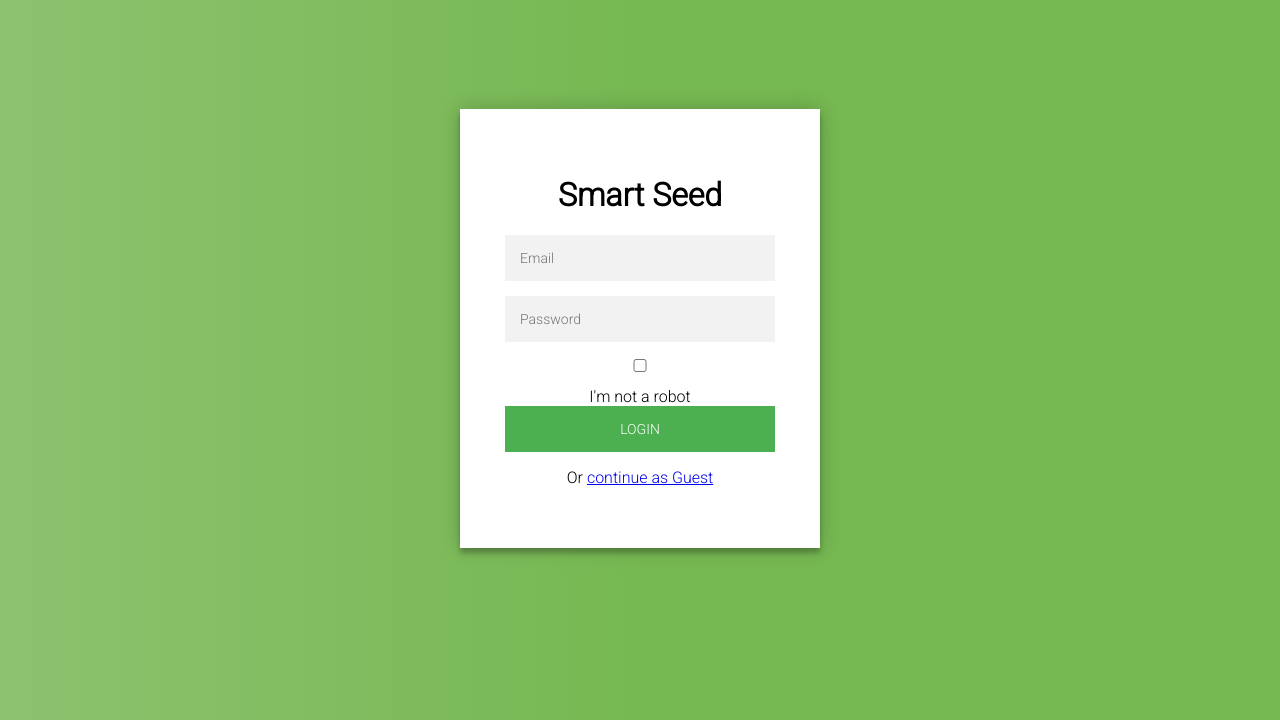
Repository: IFoundGeorge/Smart-Seed-v8-master
Page: src/login.html
These files come from the project's save history. The page is drawn as it stood at one moment and after the next save; the edit follows.
The browser window is 1280 px wide. The pictures show the whole page.

Above is the page before, as saved 2025-03-26 13:25:24.

After the next save:
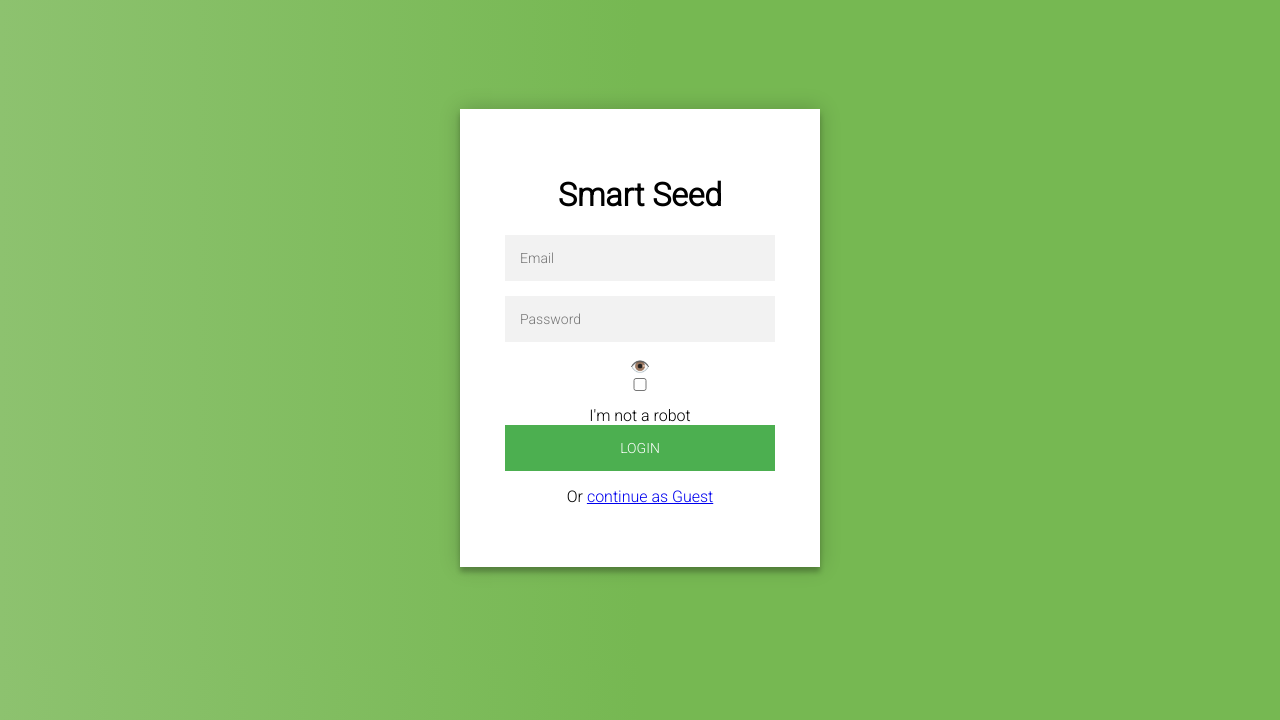
Saved 6 days later.
--- a/src/login.html
+++ b/src/login.html
@@ -13,12 +13,17 @@
         <h1 class="title">Smart Seed</h1>
         <form class="login-form" onsubmit="loginUser(event)">
           <input type="email" id="login-email" placeholder="Email" required />
-          <input
-            type="password"
-            id="login-password"
-            placeholder="Password"
-            required
-          />
+          <div class="password-container">
+            <input
+              type="password"
+              id="login-password"
+              placeholder="Password"
+              required
+            />
+            <span id="toggle-password" onclick="togglePasswordVisibility()"
+              >👁️</span
+            >
+          </div>
 
           <!-- CAPTCHA Section -->
           <div class="captcha-section">
@@ -56,6 +61,19 @@
       function loginAsGuest() {
         window.location.href = "guest/index.html";
       }
+
+      function togglePasswordVisibility() {
+        const passwordInput = document.getElementById("login-password");
+        const togglePassword = document.getElementById("toggle-password");
+
+        if (passwordInput.type === "password") {
+          passwordInput.type = "text";
+          togglePassword.textContent = "🙈"; // Change icon to "hide" mode
+        } else {
+          passwordInput.type = "password";
+          togglePassword.textContent = "👁️"; // Change icon to "show" mode
+        }
+      }
     </script>
   </body>
 </html>

After the save that followed:
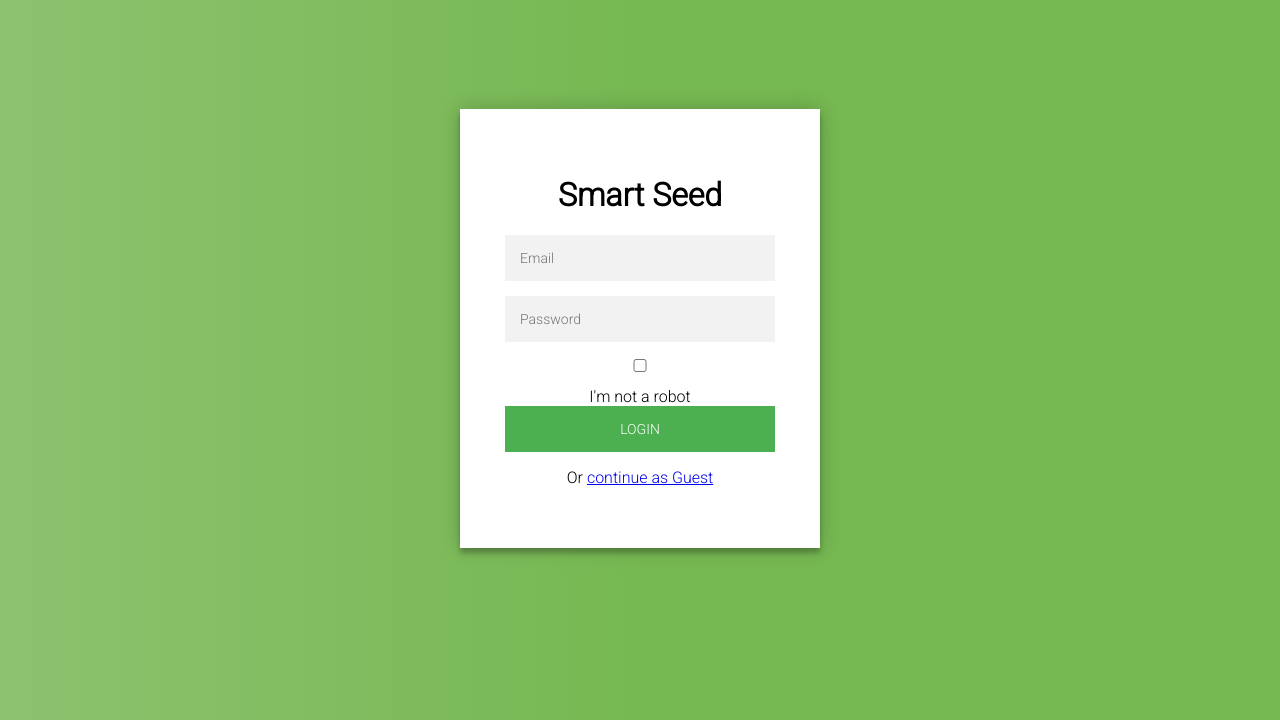
Saved 17 s later.
--- a/src/login.html
+++ b/src/login.html
@@ -13,17 +13,12 @@
         <h1 class="title">Smart Seed</h1>
         <form class="login-form" onsubmit="loginUser(event)">
           <input type="email" id="login-email" placeholder="Email" required />
-          <div class="password-container">
-            <input
-              type="password"
-              id="login-password"
-              placeholder="Password"
-              required
-            />
-            <span id="toggle-password" onclick="togglePasswordVisibility()"
-              >👁️</span
-            >
-          </div>
+          <input
+            type="password"
+            id="login-password"
+            placeholder="Password"
+            required
+          />
 
           <!-- CAPTCHA Section -->
           <div class="captcha-section">
@@ -61,19 +56,6 @@
       function loginAsGuest() {
         window.location.href = "guest/index.html";
       }
-
-      function togglePasswordVisibility() {
-        const passwordInput = document.getElementById("login-password");
-        const togglePassword = document.getElementById("toggle-password");
-
-        if (passwordInput.type === "password") {
-          passwordInput.type = "text";
-          togglePassword.textContent = "🙈"; // Change icon to "hide" mode
-        } else {
-          passwordInput.type = "password";
-          togglePassword.textContent = "👁️"; // Change icon to "show" mode
-        }
-      }
     </script>
   </body>
 </html>
